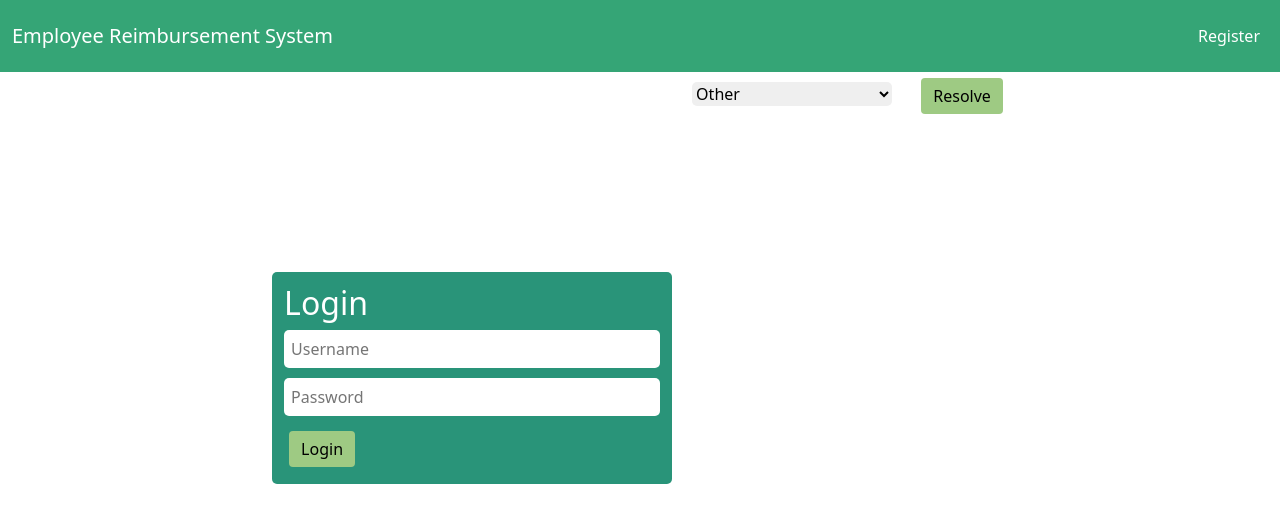
Repository: ChrisRod1212/FullStackJavaProject1
Page: src/main/resources/index.html
These files come from the project's save history. The page is drawn as it stood at one moment and after a run of saves; the edit follows.
The browser window is 1280 px wide. The pictures show the whole page.

Above is the page before, as saved 2022-03-24 23:19:00.
Console error (its wording comes from the project's code and is left out).

After the next 2 saves:
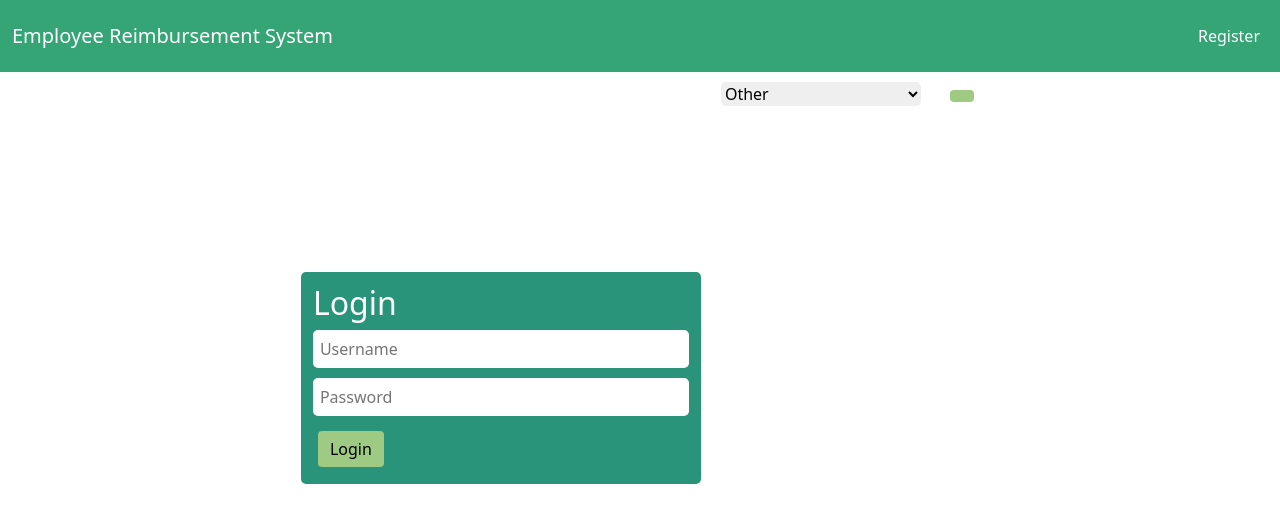
Console error (its wording comes from the project's code and is left out).
The 2 saves are shown as one change because they came seconds apart.
The last was saved 17 s later.
--- a/src/main/resources/index.html
+++ b/src/main/resources/index.html
@@ -51,7 +51,7 @@
               <option value=2>Lodging</option>
               <option value=3>Medical</option>
             </select>
-            <button class="btn" onclick="resolve("resolve_${reimbursement.reimbId}")>Resolve</button>
+            <button class="btn" onclick="resolve(resolve_${reimbursement.reimbId})>Resolve</button>
           </div>
       </div>
     <script src="https://cdn.jsdelivr.net/npm/bootstrap@5.1.3/dist/js/bootstrap.bundle.min.js" integrity="sha384-ka7Sk0Gln4gmtz2MlQnikT1wXgYsOg+OMhuP+IlRH9sENBO0LRn5q+8nbTov4+1p" crossorigin="anonymous"></script>

After the 2 saves that followed:
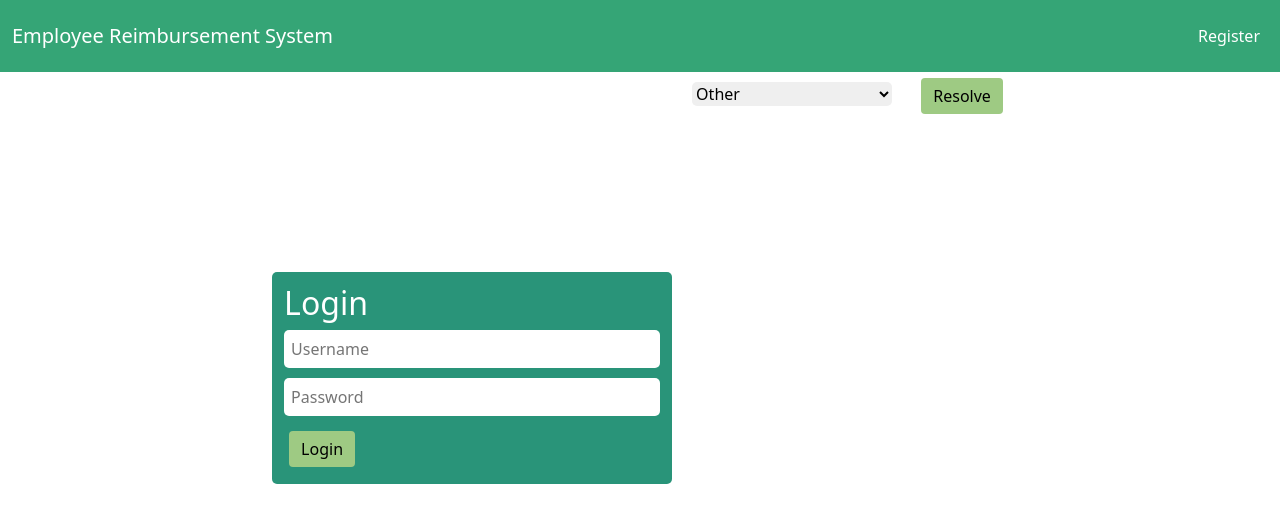
Console error (its wording comes from the project's code and is left out).
The 2 saves are shown as one change because they came seconds apart.
The last was saved 18 s later.
--- a/src/main/resources/index.html
+++ b/src/main/resources/index.html
@@ -51,7 +51,7 @@
               <option value=2>Lodging</option>
               <option value=3>Medical</option>
             </select>
-            <button class="btn" onclick="resolve(resolve_${reimbursement.reimbId})>Resolve</button>
+            <button class="btn" onclick="resolve("resolve_${reimbursement.reimbId}"")>Resolve</button>
           </div>
       </div>
     <script src="https://cdn.jsdelivr.net/npm/bootstrap@5.1.3/dist/js/bootstrap.bundle.min.js" integrity="sha384-ka7Sk0Gln4gmtz2MlQnikT1wXgYsOg+OMhuP+IlRH9sENBO0LRn5q+8nbTov4+1p" crossorigin="anonymous"></script>
